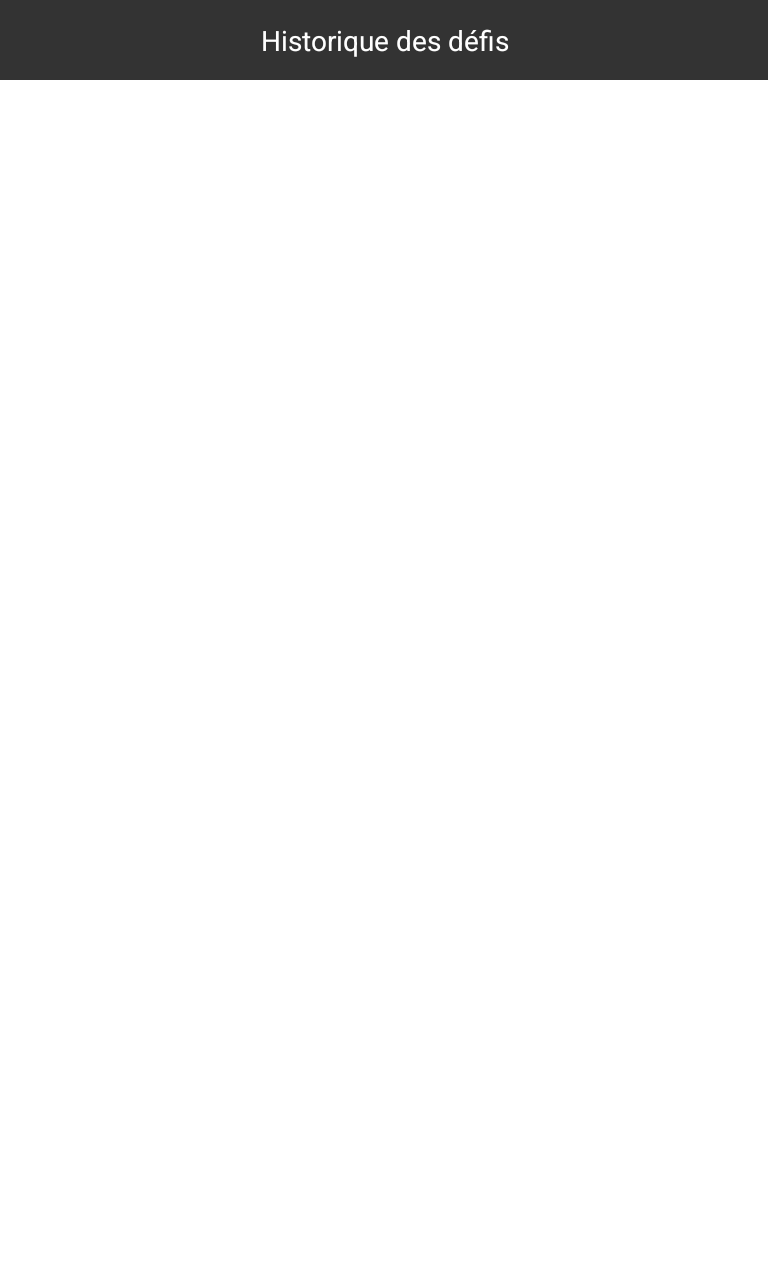
Repository: dekeym/Projet-IHM
Layout: WorkSpace/ChallengeMe/res/layout/fragment_history.xml
These files come from the project's save history. The layout is drawn as it stood at one moment and after the next save; the edit follows.
It is drawn on a 768 x 1280 px phone screen (xhdpi) without system bars, with theme android:Theme.Holo.Light.DarkActionBar; the app's code is not run. Lists and similar views that code fills are empty.

Above is the layout before, as saved 2014-12-18 10:09:18.

### WorkSpace/ChallengeMe/res/layout/fragment_history.xml
<?xml version="1.0" encoding="utf-8"?>
<RelativeLayout xmlns:android="http://schemas.android.com/apk/res/android"
    android:id="@+id/RelativeLayout1"
    android:layout_width="match_parent"
    android:layout_height="match_parent"
    android:orientation="vertical" >

    <TextView
        android:id="@+id/historyUser"
        android:layout_width="478dp"
        android:layout_height="40dp"
        android:layout_alignParentLeft="true"
        android:background="#333333"
        android:gravity="center"
        android:text="Historique des entraînements"
        android:textColor="@android:color/white"
        android:textSize="14sp" />

    <ListView
        android:id="@+id/listHistoryUser"
        android:layout_width="match_parent"
        android:layout_height="wrap_content"
        android:layout_alignRight="@+id/historyUser"
        android:layout_below="@+id/historyUser" >

    </ListView>

    <TextView
        android:id="@+id/historyCompet"
        android:layout_width="478dp"
        android:layout_height="40dp"
        android:layout_alignParentRight="true"
        android:layout_alignParentTop="true"
        android:background="#333333"
        android:gravity="center"
        android:textColor="@android:color/white"
        android:text="Historique des défis"
        android:textSize="14sp" />

    <ListView
        android:id="@+id/listHistoryCompet"
        android:layout_width="match_parent"
        android:layout_height="wrap_content"
        android:layout_alignLeft="@+id/historyCompet"
        android:layout_alignRight="@+id/historyCompet"
        android:layout_alignTop="@+id/listHistoryUser" >

    </ListView>


</RelativeLayout>

After the next save:
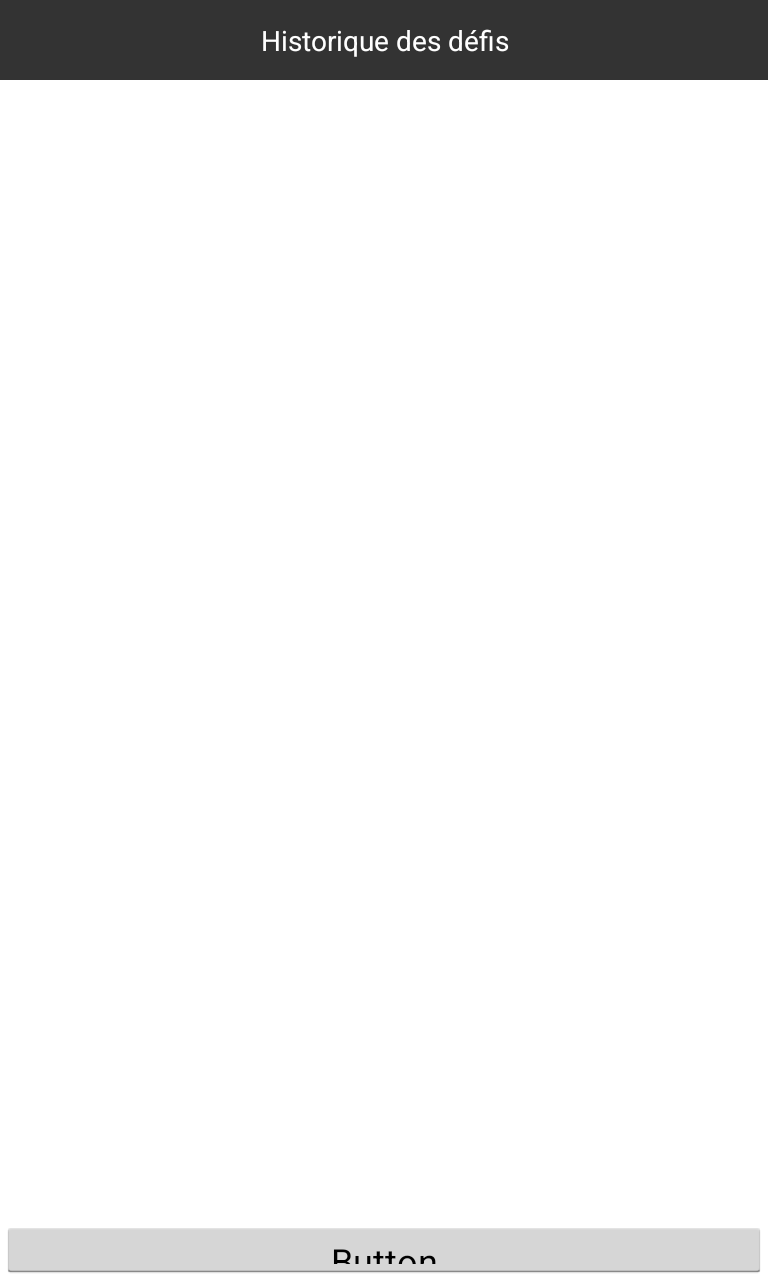
Saved 62 s later.
--- a/WorkSpace/ChallengeMe/res/layout/fragment_history.xml
+++ b/WorkSpace/ChallengeMe/res/layout/fragment_history.xml
@@ -47,5 +47,12 @@
 
     </ListView>
 
+    <Button
+        android:id="@+id/button1"
+        android:layout_width="fill_parent"
+        android:layout_height="30dp"
+        android:layout_alignParentBottom="true"
+        android:layout_alignParentLeft="true"
+        android:text="Button" />
 
 </RelativeLayout>
